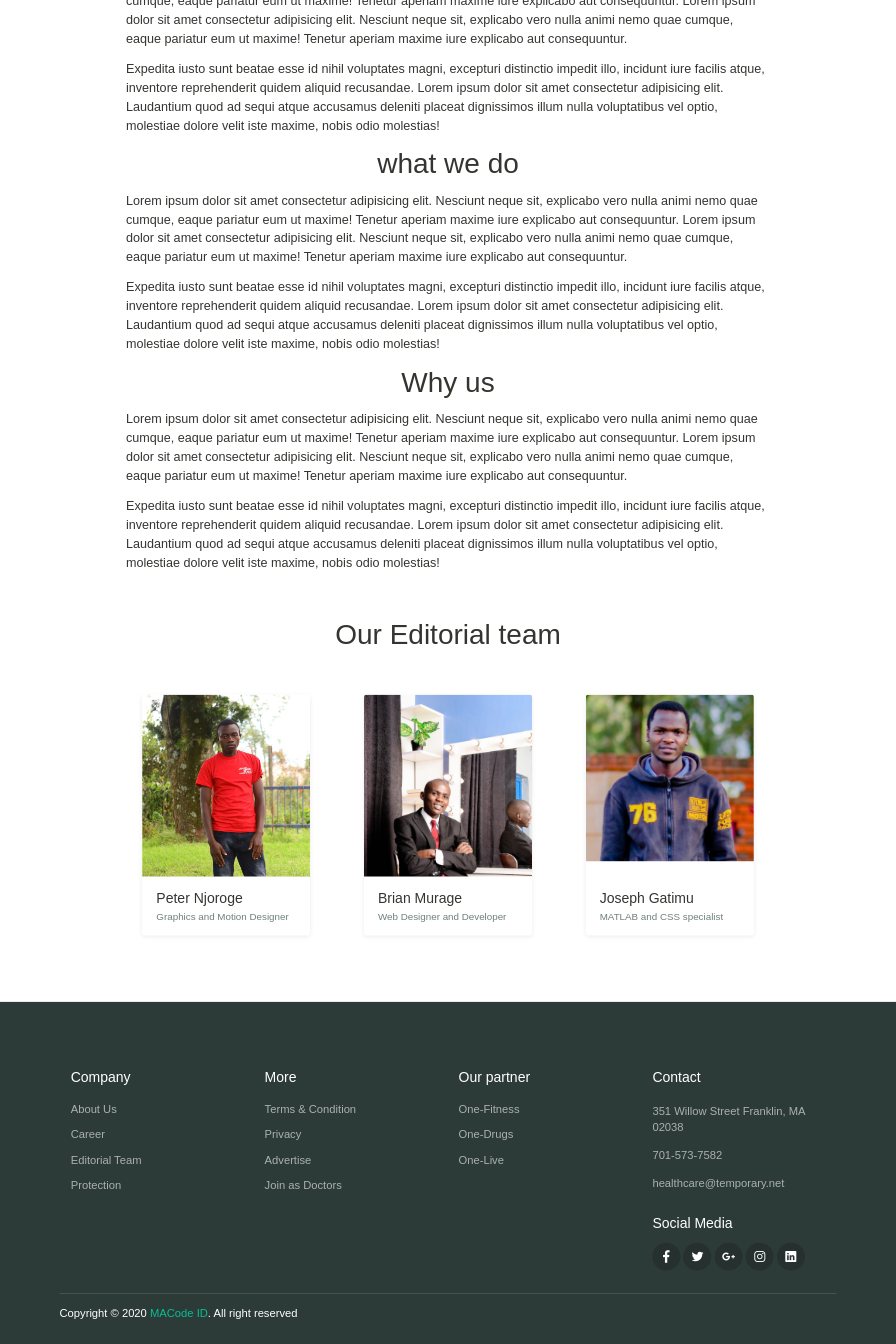
Repository: profbkmurage/myWeb
Page: html/about.html
An editor plug-in stored every save of this project. The page is shown before and after the next save, followed by the edit.
The browser window is 1280 px wide. The pictures show the part of the page from y = 986 to 2906 px (the page is 2906 px tall before and 2842 px after), at 70% of full size.

Above is the page before, as saved 2023-12-11 14:15:37.

### html/about.html
<!DOCTYPE html>
<html lang="en">
<head>
  <meta charset="UTF-8">
  <meta name="viewport" content="width=device-width, initial-scale=1.0">

  <meta http-equiv="X-UA-Compatible" content="ie=edge">

  <title>M&M Website</title>

  <link rel="stylesheet" href="../assets/css/maicons.css">

  <link rel="stylesheet" href="../assets/css/bootstrap.css">

  <link rel="stylesheet" href="../assets/vendor/owl-carousel/css/owl.carousel.css">

  <link rel="stylesheet" href="../assets/vendor/animate/animate.css">

  <link rel="stylesheet" href="../assets/css/theme.css">
</head>
<body>

  <!-- Back to top button -->
  <div class="back-to-top"></div>

  <header>
    <div class="topbar">
      <div class="container">
        <div class="row">
          <div class="col-sm-8 text-sm">
            <div class="site-info">
              <a href="tel:0745755893" ><span class="mai-call text-primary"></span> +254745755893</a>
              <span class="divider">|</span>
              <a href="#"><span class="mai-mail text-primary"></span> pnjoroge@gmail.com</a>
            </div>
          </div>
          <div class="col-sm-4 text-right text-sm">
            <div class="social-mini-button">
              <a href="#"><span class="mai-logo-facebook-f"></span></a>
              <a href="#"><span class="mai-logo-twitter"></span></a>
              <a href="#"><span class="mai-logo-dribbble"></span></a>
              <a href="#"><span class="mai-logo-instagram"></span></a>
            </div>
          </div>
        </div> <!-- .row -->
      </div> <!-- .container -->
    </div> <!-- .topbar -->

    <nav class="navbar navbar-expand-lg navbar-light shadow-sm">
      <div class="container">
        <a class="navbar-brand" href="#"><span class="text-primary">P And</span> Associates Media</a>

        <!-- <form action="#">
          <div class="input-group input-navbar">
            <div class="input-group-prepend">
              <span class="input-group-text" id="icon-addon1"><span class="mai-search"></span></span>
            </div>
            <input type="text" class="form-control" placeholder="Enter keyword.." aria-label="Username" aria-describedby="icon-addon1">
          </div>
        </form> -->

        <button class="navbar-toggler" type="button" data-toggle="collapse" data-target="#navbarSupport" aria-controls="navbarSupport" aria-expanded="false" aria-label="Toggle navigation">
          <span class="navbar-toggler-icon"></span>
        </button>

        <div class="collapse navbar-collapse" id="navbarSupport">
          <ul class="navbar-nav ml-auto">
            <li class="nav-item active">
              <a class="nav-link" href="index.html">Home</a>
            </li>
            <li class="nav-item">
              <a class="nav-link" href="about.html">About Us</a>
            </li>
            <!-- <li class="nav-item">
              <a class="nav-link" href="work.html">Our work</a>
            </li> -->
            <li class="nav-item">
              <a class="nav-link" href="blog.html">News</a>
            </li>
            <li class="nav-item">
              <a class="nav-link" href="contact.html">Contact</a>
            </li>
            <!-- <li class="nav-item">
              <a class="btn btn-primary ml-lg-3" href="#">Login / Register</a>
            </li> -->
          </ul>
        </div> <!-- .navbar-collapse -->
      </div> <!-- .container -->
    </nav>
  </header>

  <div class="page-banner overlay-dark bg-image" style="background-image: url(../assets/img/banner.jpg);">
    <div class="banner-section">
      <div class="container text-center wow fadeInUp">
        <nav aria-label="Breadcrumb">
          <ol class="breadcrumb breadcrumb-dark bg-transparent justify-content-center py-0 mb-2">
            <li class="breadcrumb-item"><a href="index.html">Home</a></li>
            <li class="breadcrumb-item active" aria-current="page">About</li>
          </ol>
        </nav>
        <h1 class="font-weight-normal">About Us</h1>
      </div> <!-- .container -->
    </div> <!-- .banner-section -->
  </div> <!-- .page-banner -->

    <div class="page-section bg-light py-3 mt-md-n5 custom-index">
      <div class="container">
        <div class="row justify-content-center">
          <div class="col-md-4 py-3 py-md-0">
            <div class="card-service wow fadeInUp">
              <div class="circle-shape bg-secondary text-white">
                <span class="mai-chatbubbles-outline"></span>
              </div>
              <p><span>Chat</span> with a designers</p>
            </div>
          </div>
          <div class="col-md-4 py-3 py-md-0">
            <div class="card-service wow fadeInUp">
              <div class="circle-shape bg-primary text-white">
                <span class="mai-shield-checkmark"></span>
              </div>
              <p><span>Make</span>-your orders now</p>
            </div>
          </div>
          <div class="col-md-4 py-3 py-md-0">
            <div class="card-service wow fadeInUp">
              <div class="circle-shape bg-accent text-white">
                <span class="mai-basket"></span>
              </div>
              <p><span>you ask</span>-we deliver</p>
            </div>
          </div>
        </div>
      </div>
    </div> <!-- .page-section -->

  <div class="page-section">
    <div class="container">
      <div class="row justify-content-center">
        <div class="col-lg-10 wow fadeInUp">
          <h1 class="text-center mb-3">Who are we?</h1>
          <div class="text-lg">
            <p>Lorem ipsum dolor sit amet consectetur adipisicing elit. Nesciunt neque sit, explicabo vero nulla animi nemo quae cumque, eaque pariatur eum ut maxime! Tenetur aperiam maxime iure explicabo aut consequuntur. Lorem ipsum dolor sit amet consectetur adipisicing elit. Nesciunt neque sit, explicabo vero nulla animi nemo quae cumque, eaque pariatur eum ut maxime! Tenetur aperiam maxime iure explicabo aut consequuntur.</p>
            <p>Expedita iusto sunt beatae esse id nihil voluptates magni, excepturi distinctio impedit illo, incidunt iure facilis atque, inventore reprehenderit quidem aliquid recusandae. Lorem ipsum dolor sit amet consectetur adipisicing elit. Laudantium quod ad sequi atque accusamus deleniti placeat dignissimos illum nulla voluptatibus vel optio, molestiae dolore velit iste maxime, nobis odio molestias!</p>
          </div>
        </div>
        <div class="col-lg-10 wow fadeInUp">
          <h1 class="text-center mb-3">where we began</h1>
          <div class="text-lg">
            <p>Lorem ipsum dolor sit amet consectetur adipisicing elit. Nesciunt neque sit, explicabo vero nulla animi nemo quae cumque, eaque pariatur eum ut maxime! Tenetur aperiam maxime iure explicabo aut consequuntur. Lorem ipsum dolor sit amet consectetur adipisicing elit. Nesciunt neque sit, explicabo vero nulla animi nemo quae cumque, eaque pariatur eum ut maxime! Tenetur aperiam maxime iure explicabo aut consequuntur.</p>
            <p>Expedita iusto sunt beatae esse id nihil voluptates magni, excepturi distinctio impedit illo, incidunt iure facilis atque, inventore reprehenderit quidem aliquid recusandae. Lorem ipsum dolor sit amet consectetur adipisicing elit. Laudantium quod ad sequi atque accusamus deleniti placeat dignissimos illum nulla voluptatibus vel optio, molestiae dolore velit iste maxime, nobis odio molestias!</p>
          </div>
        </div>
        <div class="col-lg-10 wow fadeInUp">
          <h1 class="text-center mb-3">what we do</h1>
          <div class="text-lg">
            <p>Lorem ipsum dolor sit amet consectetur adipisicing elit. Nesciunt neque sit, explicabo vero nulla animi nemo quae cumque, eaque pariatur eum ut maxime! Tenetur aperiam maxime iure explicabo aut consequuntur. Lorem ipsum dolor sit amet consectetur adipisicing elit. Nesciunt neque sit, explicabo vero nulla animi nemo quae cumque, eaque pariatur eum ut maxime! Tenetur aperiam maxime iure explicabo aut consequuntur.</p>
            <p>Expedita iusto sunt beatae esse id nihil voluptates magni, excepturi distinctio impedit illo, incidunt iure facilis atque, inventore reprehenderit quidem aliquid recusandae. Lorem ipsum dolor sit amet consectetur adipisicing elit. Laudantium quod ad sequi atque accusamus deleniti placeat dignissimos illum nulla voluptatibus vel optio, molestiae dolore velit iste maxime, nobis odio molestias!</p>
          </div>
        </div>
        <div class="col-lg-10 wow fadeInUp">
          <h1 class="text-center mb-3">Why us</h1>
          <div class="text-lg">
            <p>Lorem ipsum dolor sit amet consectetur adipisicing elit. Nesciunt neque sit, explicabo vero nulla animi nemo quae cumque, eaque pariatur eum ut maxime! Tenetur aperiam maxime iure explicabo aut consequuntur. Lorem ipsum dolor sit amet consectetur adipisicing elit. Nesciunt neque sit, explicabo vero nulla animi nemo quae cumque, eaque pariatur eum ut maxime! Tenetur aperiam maxime iure explicabo aut consequuntur.</p>
            <p>Expedita iusto sunt beatae esse id nihil voluptates magni, excepturi distinctio impedit illo, incidunt iure facilis atque, inventore reprehenderit quidem aliquid recusandae. Lorem ipsum dolor sit amet consectetur adipisicing elit. Laudantium quod ad sequi atque accusamus deleniti placeat dignissimos illum nulla voluptatibus vel optio, molestiae dolore velit iste maxime, nobis odio molestias!</p>
          </div>
        </div>
        <!-- <div class="col-lg-10 mt-5">
          <h1 class="text-center mb-5 wow fadeInUp">Our Graphics Engineers</h1>
          <div class="row justify-content-center">
            <div class="col-md-6 col-lg-4 wow zoomIn">
              <div class="card-doctor">
                <div class="header">
                  <img src="../assets/img/doctors/doctor_1.jpg" alt="">
                  <div class="meta">
                    <a href="#"><span class="mai-call"></span></a>
                    <a href="#"><span class="mai-logo-whatsapp"></span></a>
                  </div>
                </div>
                <div class="body">
                  <p class="text-xl mb-0">Dr. Stein Albert</p>
                  <span class="text-sm text-grey">Cardiology</span>
                </div>
              </div>
            </div>
            <div class="col-md-6 col-lg-4 wow zoomIn">
              <div class="card-doctor">
                <div class="header">
                  <img src="../assets/img/doctors/doctor_2.jpg" alt="">
                  <div class="meta">
                    <a href="#"><span class="mai-call"></span></a>
                    <a href="#"><span class="mai-logo-whatsapp"></span></a>
                  </div>
                </div>
                <div class="body">
                  <p class="text-xl mb-0">Dr. Alexa Melvin</p>
                  <span class="text-sm text-grey">Dental</span>
                </div>
              </div>
            </div>
            <div class="col-md-6 col-lg-4 wow zoomIn">
              <div class="card-doctor">
                <div class="header">
                  <img src="../assets/img/doctors/doctor_3.jpg" alt="">
                  <div class="meta">
                    <a href="#"><span class="mai-call"></span></a>
                    <a href="#"><span class="mai-logo-whatsapp"></span></a>
                  </div>
                </div>
                <div class="body">
                  <p class="text-xl mb-0">Dr. Rebecca Steffany</p>
                  <span class="text-sm text-grey">General Health</span>
                </div>
              </div>
            </div>
          </div>
        </div> -->
        <div class="col-lg-10 mt-5">
          <h1 class="text-center mb-5 wow fadeInUp">Our Editorial team</h1>
          <div class="row justify-content-center">
            <div class="col-md-6 col-lg-4 wow zoomIn">
              <div class="card-doctor">
                <div class="header">
                  <img src="../assets/img/peter.jpg" alt="">
                  <div class="meta">
                    <a href="#"><span class="mai-call"></span></a>
                    <a href="#"><span class="mai-logo-whatsapp"></span></a>
                  </div>
                </div>
                <div class="body">
                  <p class="text-xl mb-0">Peter Njoroge</p>
                  <span class="text-sm text-grey">Graphics and Motion Designer</span>
                </div>
              </div>
            </div>
            <div class="col-md-6 col-lg-4 wow zoomIn">
              <div class="card-doctor">
                <div class="header">
                  <img src="../assets/img/IMG-20211219-WA0004.jpg" alt="">
                  <div class="meta">
                    <a href="#"><span class="mai-call"></span></a>
                    <a href="#"><span class="mai-logo-whatsapp"></span></a>
                  </div>
                </div>
                <div class="body">
                  <p class="text-xl mb-0">Brian Murage</p>
                  <span class="text-sm text-grey">Web Designer and Developer</span>
                </div>
              </div>
            </div>
            <div class="col-md-6 col-lg-4 wow zoomIn">
              <div class="card-doctor">
                <div class="header">
                  <img src="../assets/img/Joseph.jpg" alt="">
                  <div class="meta">
                    <a href="#"><span class="mai-call"></span></a>
                    <a href="#"><span class="mai-logo-whatsapp"></span></a>
                  </div>
                </div>
                <div class="body">
                  <p class="text-xl mb-0">Joseph Gatimu</p>
                  <span class="text-sm text-grey">MATLAB and CSS specialist</span>
                </div>
              </div>
            </div>
          </div>
        </div>
      </div>
    </div>
  </div>

  <!-- <div class="page-section banner-home bg-image" style="background-image: url(../assets/img/banner-pattern.svg);">
    <div class="container py-5 py-lg-0">
      <div class="row align-items-center">
        <div class="col-lg-4 wow zoomIn">
          <div class="img-banner d-none d-lg-block">
            <img src="../assets/img/mobile_app.png" alt="">
          </div>
        </div>
        <div class="col-lg-8 wow fadeInRight">
          <h1 class="font-weight-normal mb-3">Get easy access of all features using One Health Application</h1>
          <a href="#"><img src="../assets/img/google_play.svg" alt=""></a>
          <a href="#" class="ml-2"><img src="../assets/img/app_store.svg" alt=""></a>
        </div>
      </div>
    </div>
  </div> .banner-home -->

  <footer class="page-footer">
    <div class="container">
      <div class="row px-md-3">
        <div class="col-sm-6 col-lg-3 py-3">
          <h5>Company</h5>
          <ul class="footer-menu">
            <li><a href="#">About Us</a></li>
            <li><a href="#">Career</a></li>
            <li><a href="#">Editorial Team</a></li>
            <li><a href="#">Protection</a></li>
          </ul>
        </div>
        <div class="col-sm-6 col-lg-3 py-3">
          <h5>More</h5>
          <ul class="footer-menu">
            <li><a href="#">Terms & Condition</a></li>
            <li><a href="#">Privacy</a></li>
            <li><a href="#">Advertise</a></li>
            <li><a href="#">Join as Doctors</a></li>
          </ul>
        </div>
        <div class="col-sm-6 col-lg-3 py-3">
          <h5>Our partner</h5>
          <ul class="footer-menu">
            <li><a href="#">One-Fitness</a></li>
            <li><a href="#">One-Drugs</a></li>
            <li><a href="#">One-Live</a></li>
          </ul>
        </div>
        <div class="col-sm-6 col-lg-3 py-3">
          <h5>Contact</h5>
          <p class="footer-link mt-2">351 Willow Street Franklin, MA 02038</p>
          <a href="#" class="footer-link">701-573-7582</a>
          <a href="#" class="footer-link">healthcare@temporary.net</a>

          <h5 class="mt-3">Social Media</h5>
          <div class="footer-sosmed mt-3">
            <a href="#" target="_blank"><span class="mai-logo-facebook-f"></span></a>
            <a href="#" target="_blank"><span class="mai-logo-twitter"></span></a>
            <a href="#" target="_blank"><span class="mai-logo-google-plus-g"></span></a>
            <a href="#" target="_blank"><span class="mai-logo-instagram"></span></a>
            <a href="#" target="_blank"><span class="mai-logo-linkedin"></span></a>
          </div>
        </div>
      </div>

      <hr>

      <p id="copyright">Copyright &copy; 2020 <a href="https://macodeid.com/" target="_blank">MACode ID</a>. All right reserved</p>
    </div>
  </footer>

<script src="../assets/js/jquery-3.5.1.min.js"></script>

<script src="../assets/js/bootstrap.bundle.min.js"></script>

<script src="../assets/vendor/owl-carousel/js/owl.carousel.min.js"></script>

<script src="../assets/vendor/wow/wow.min.js"></script>

<script src="../assets/js/theme.js"></script>

</body>
</html>

Loaded but not shown: assets/css/bootstrap.css (library); assets/vendor/owl-carousel/css/owl.carousel.css (library); assets/vendor/animate/animate.css (library); assets/js/jquery-3.5.1.min.js (library); assets/js/bootstrap.bundle.min.js (library); assets/vendor/owl-carousel/js/owl.carousel.min.js (library); assets/vendor/wow/wow.min.js (library); assets/js/theme.js (65 lines, source omitted); assets/css/maicons.css (2634 lines, source omitted); assets/css/theme.css (1836 lines, source omitted)

After the next save:
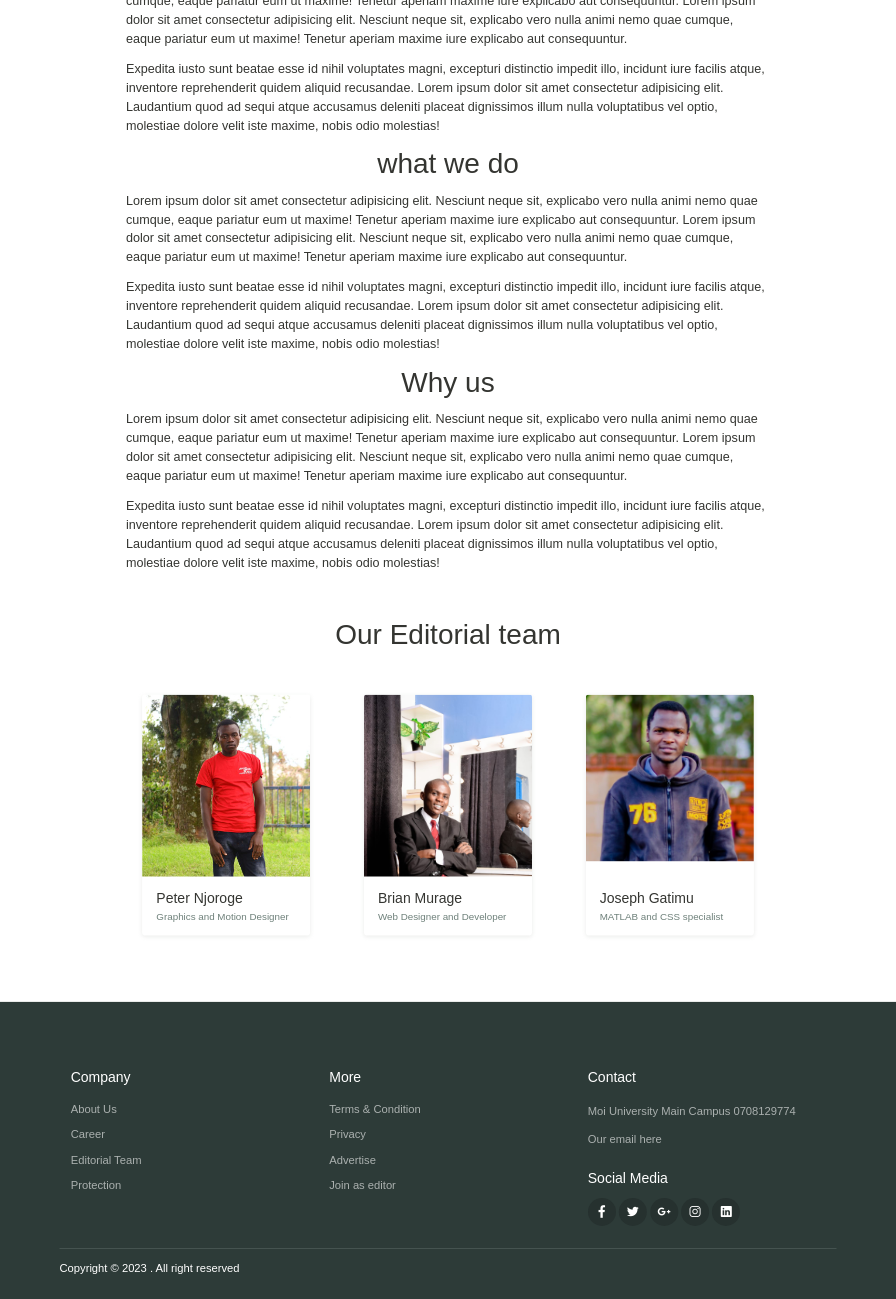
Saved 26 s later.
--- a/html/about.html
+++ b/html/about.html
@@ -269,27 +269,10 @@
     </div>
   </div>
 
-  <!-- <div class="page-section banner-home bg-image" style="background-image: url(../assets/img/banner-pattern.svg);">
-    <div class="container py-5 py-lg-0">
-      <div class="row align-items-center">
-        <div class="col-lg-4 wow zoomIn">
-          <div class="img-banner d-none d-lg-block">
-            <img src="../assets/img/mobile_app.png" alt="">
-          </div>
-        </div>
-        <div class="col-lg-8 wow fadeInRight">
-          <h1 class="font-weight-normal mb-3">Get easy access of all features using One Health Application</h1>
-          <a href="#"><img src="../assets/img/google_play.svg" alt=""></a>
-          <a href="#" class="ml-2"><img src="../assets/img/app_store.svg" alt=""></a>
-        </div>
-      </div>
-    </div>
-  </div> .banner-home -->
-
   <footer class="page-footer">
     <div class="container">
       <div class="row px-md-3">
-        <div class="col-sm-6 col-lg-3 py-3">
+        <div class="col-sm-6 col-lg-4 py-3">
           <h5>Company</h5>
           <ul class="footer-menu">
             <li><a href="#">About Us</a></li>
@@ -298,28 +281,28 @@
             <li><a href="#">Protection</a></li>
           </ul>
         </div>
-        <div class="col-sm-6 col-lg-3 py-3">
+        <div class="col-sm-6 col-lg-4 py-3">
           <h5>More</h5>
           <ul class="footer-menu">
             <li><a href="#">Terms & Condition</a></li>
             <li><a href="#">Privacy</a></li>
             <li><a href="#">Advertise</a></li>
-            <li><a href="#">Join as Doctors</a></li>
+            <li><a href="#">Join as editor</a></li>
           </ul>
         </div>
-        <div class="col-sm-6 col-lg-3 py-3">
+        <!-- <div class="col-sm-6 col-lg-3 py-3">
           <h5>Our partner</h5>
           <ul class="footer-menu">
             <li><a href="#">One-Fitness</a></li>
             <li><a href="#">One-Drugs</a></li>
             <li><a href="#">One-Live</a></li>
           </ul>
-        </div>
-        <div class="col-sm-6 col-lg-3 py-3">
+        </div> -->
+        <div class="col-sm-6 col-lg-4 py-3">
           <h5>Contact</h5>
-          <p class="footer-link mt-2">351 Willow Street Franklin, MA 02038</p>
-          <a href="#" class="footer-link">701-573-7582</a>
-          <a href="#" class="footer-link">healthcare@temporary.net</a>
+          <p class="footer-link mt-2">Moi University Main Campus</p>
+          <a href="#" class="footer-link">0708129774</a>
+          <a href="#" class="footer-link">Our email here</a>
 
           <h5 class="mt-3">Social Media</h5>
           <div class="footer-sosmed mt-3">
@@ -334,7 +317,7 @@
 
       <hr>
 
-      <p id="copyright">Copyright &copy; 2020 <a href="https://macodeid.com/" target="_blank">MACode ID</a>. All right reserved</p>
+      <p id="copyright">Copyright &copy; 2023 . All right reserved</p>
     </div>
   </footer>
 
